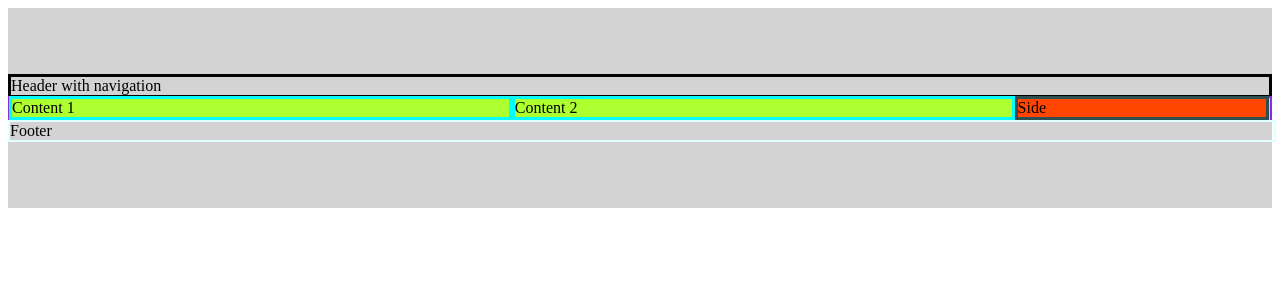
Repository: julihocc/javascript-interview-practice
Page: 01 HTML CSS/Exercise 74/index.html
An editor plug-in stored every save of this project. The page is shown before and after the next save, followed by the edit.
The browser window is 1280 px wide. The pictures show the whole page.

Above is the page before, as saved 2022-09-18 19:04:24.

After the next save:
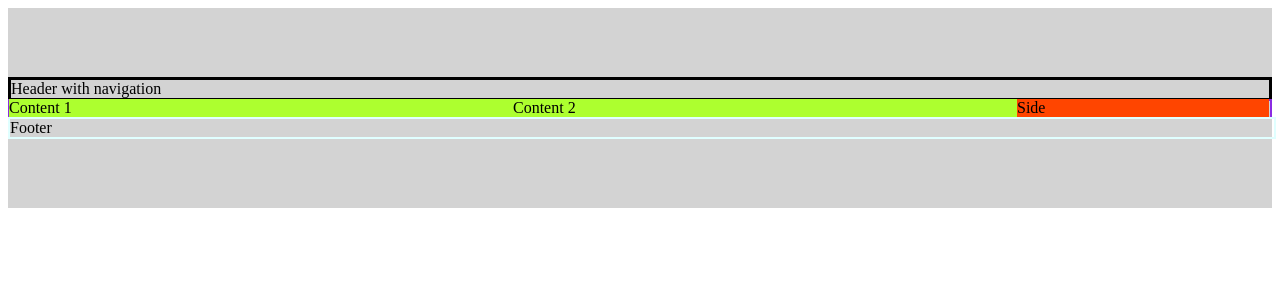
Saved 2 s later.
--- a/01 HTML CSS/Exercise 74/styles.css
+++ b/01 HTML CSS/Exercise 74/styles.css
@@ -26,7 +26,7 @@
     margin-top: -2px;
     margin-left: -1px;
     margin-right: 1px;
-    border
+    border: 1pc
 }
 
 .content {

After the 2 saves that followed:
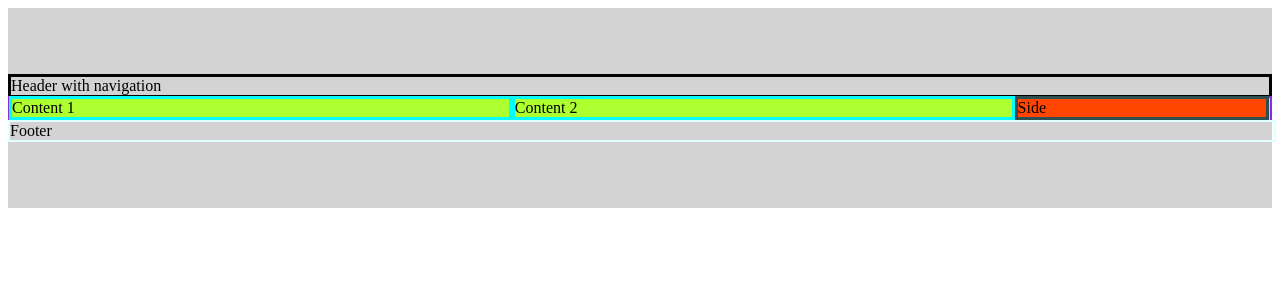
The 2 saves are shown as one change because 1 left the picture as it was.
The last was saved 8 s later.
--- a/01 HTML CSS/Exercise 74/styles.css
+++ b/01 HTML CSS/Exercise 74/styles.css
@@ -26,7 +26,7 @@
     margin-top: -2px;
     margin-left: -1px;
     margin-right: 1px;
-    border: 1pc
+    border: 2px:
 }
 
 .content {
